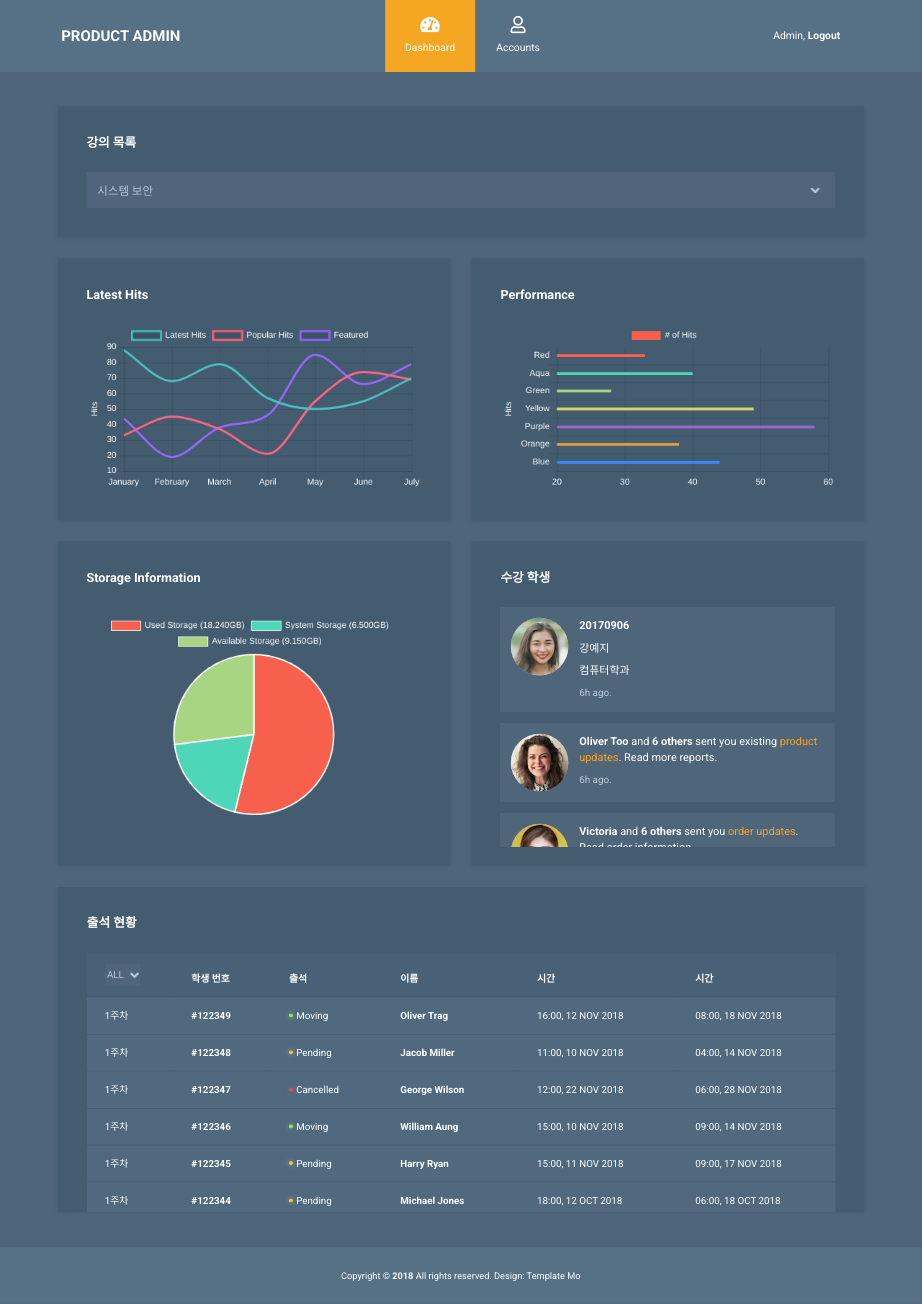
Repository: YJ-S2/2019-FaceAPI
Page: test1-master/web/123/WebContent/web1.html
These files come from the project's save history. The page is drawn as it stood at one moment and after the next save; the edit follows.
The browser window is 1280 px wide. The pictures show the whole page, at 72% of full size.
An inner scrolling area shows only its first screen.

Above is the page before, as saved 2019-08-07 06:28:44.

After the next save:
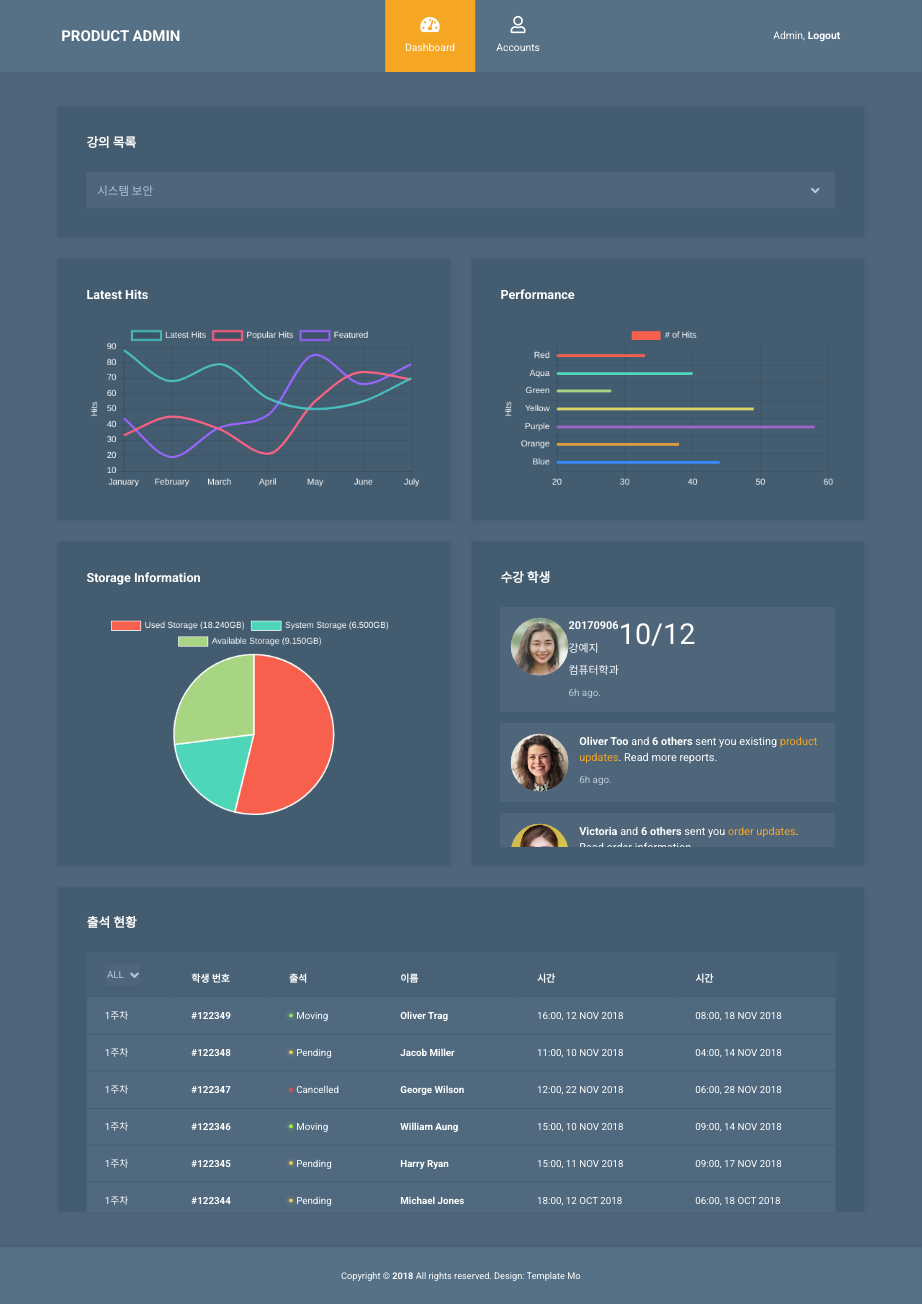
Saved 81 s later.
--- a/test1-master/web/123/WebContent/web1.html
+++ b/test1-master/web/123/WebContent/web1.html
@@ -124,12 +124,17 @@
                         <div class="tm-notification-items">
                             <div class="media tm-notification-item">
                                 <div class="tm-gray-circle"><img src="img/notification-01.jpg" alt="Avatar Image" class="rounded-circle"></div>
-                                <div class="media-body">
-                                	<p class="mb-2"><b>20170906</b></p>
-                                    <p class="mb-2">강예지</p>
-                                    <p class="mb-2">컴퓨터학과</p>
-                                    <span class="tm-small tm-text-color-secondary">6h ago.</span>
-                                </div>
+                                <div class="row">
+	                                <div class="media-body">
+	                                	<p class="mb-2"><b>20170906</b></p>
+	                                    <p class="mb-2">강예지</p>
+	                                    <p class="mb-2">컴퓨터학과</p>
+	                                    <span class="tm-small tm-text-color-secondary">6h ago.</span>
+	                                </div>
+	                                <div>
+	                                	<h1>10/12</h1>
+	                                </div>
+	                            </div>
                             </div>
                             <div class="media tm-notification-item">
                                 <div class="tm-gray-circle"><img src="img/notification-02.jpg" alt="Avatar Image" class="rounded-circle"></div>
